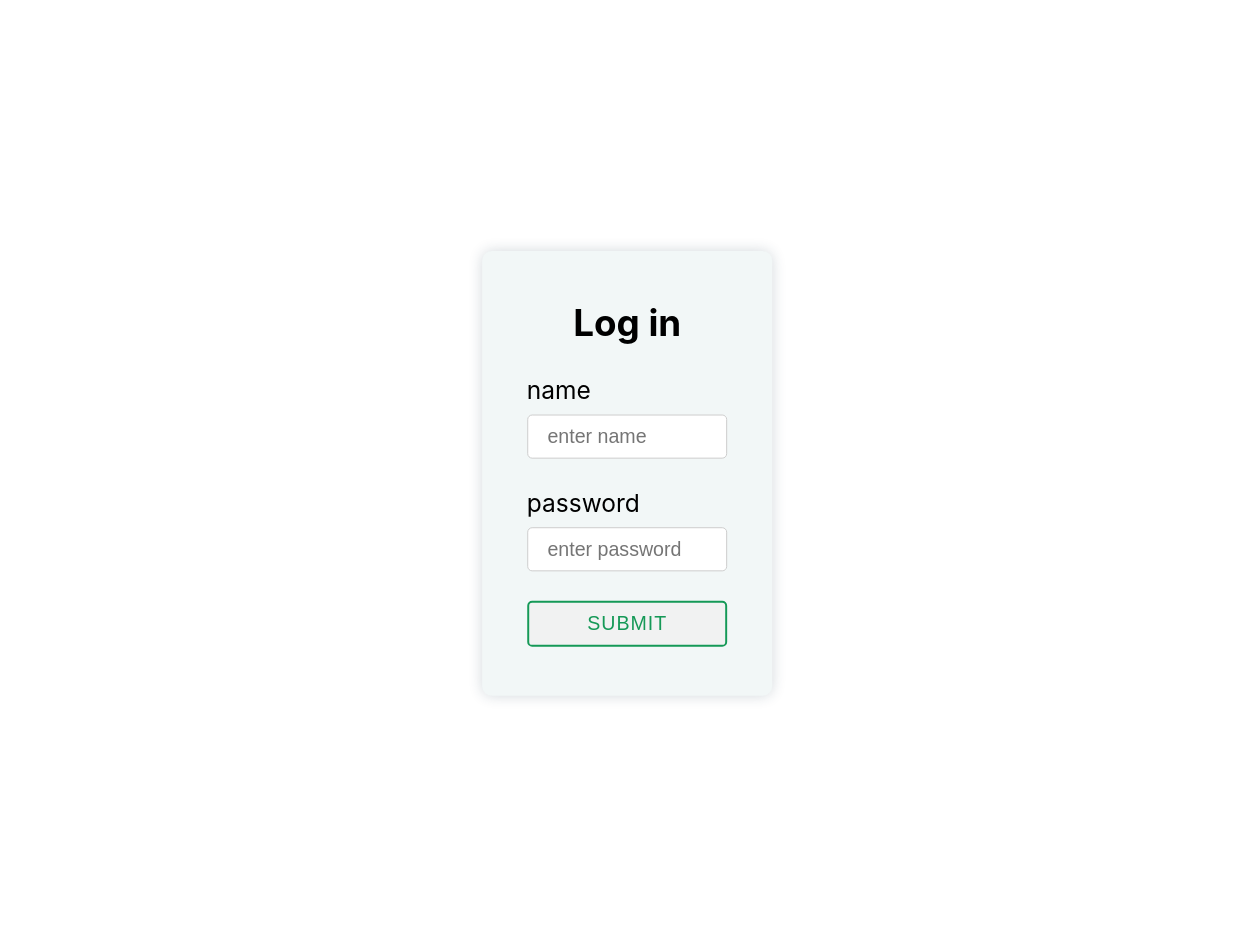
Repository: superHotBob/admin_nftillion
Page: /users
The author's editor kept a copy of each file at every save. The page is drawn from the files as they stood at one save, then again after the next save.
The browser window is 1280 px wide. The pictures show the whole page, at 98% of full size.
The project was rebuilt for these pictures with package versions that can differ from the ones it lists, and the page was loaded fresh each time. Also part of the build but not shown: src/components/Users/styles.scss, src/components/NavPanel/styles.scss, src/components/Collections/styles.scss, src/components/Collections/index.js.

Above is the page before, as saved 2022-04-23 08:26:41.

After the next save:
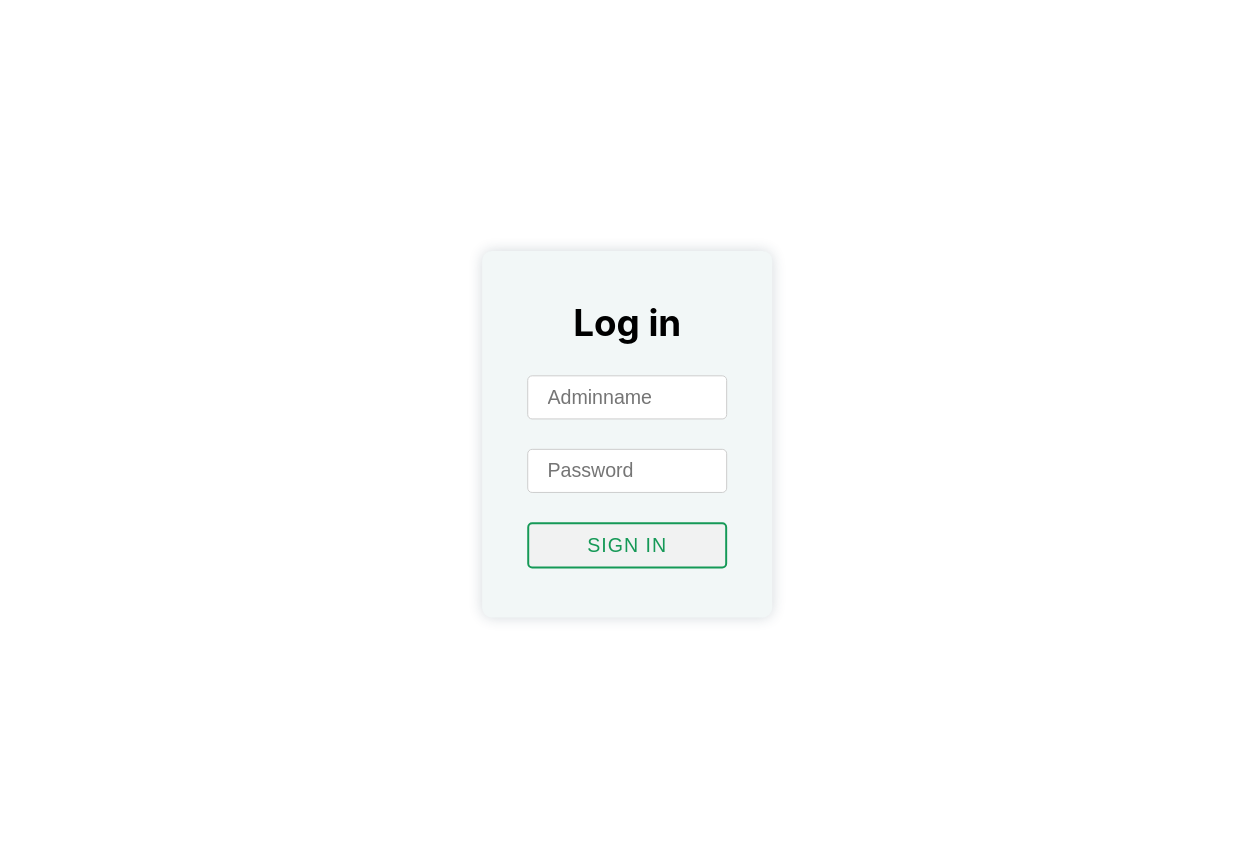
Saved 67 s later.
--- a/src/components/Home/index.js
+++ b/src/components/Home/index.js
@@ -30,26 +30,26 @@ export const Home = () => {
       <h2>Log in</h2>
       <form onSubmit={login}>
         <label>
-          name
+
           <input
             type="text"
             value={name}
             required
             onChange={(e) => setName(e.target.value)}
-            placeholder="enter name"
+            placeholder="Adminname"
           />
         </label>
         <label>
-          password
+
           <input
             type="password"
             value={password}
             required
             onChange={(e) => setPassword(e.target.value)}
-            placeholder="enter password"
+            placeholder="Password"
           />
         </label>
-        <button type="submit">SUBMIT</button>
+        <button type="submit">Sign in</button>
       </form>
     </div>
   );
